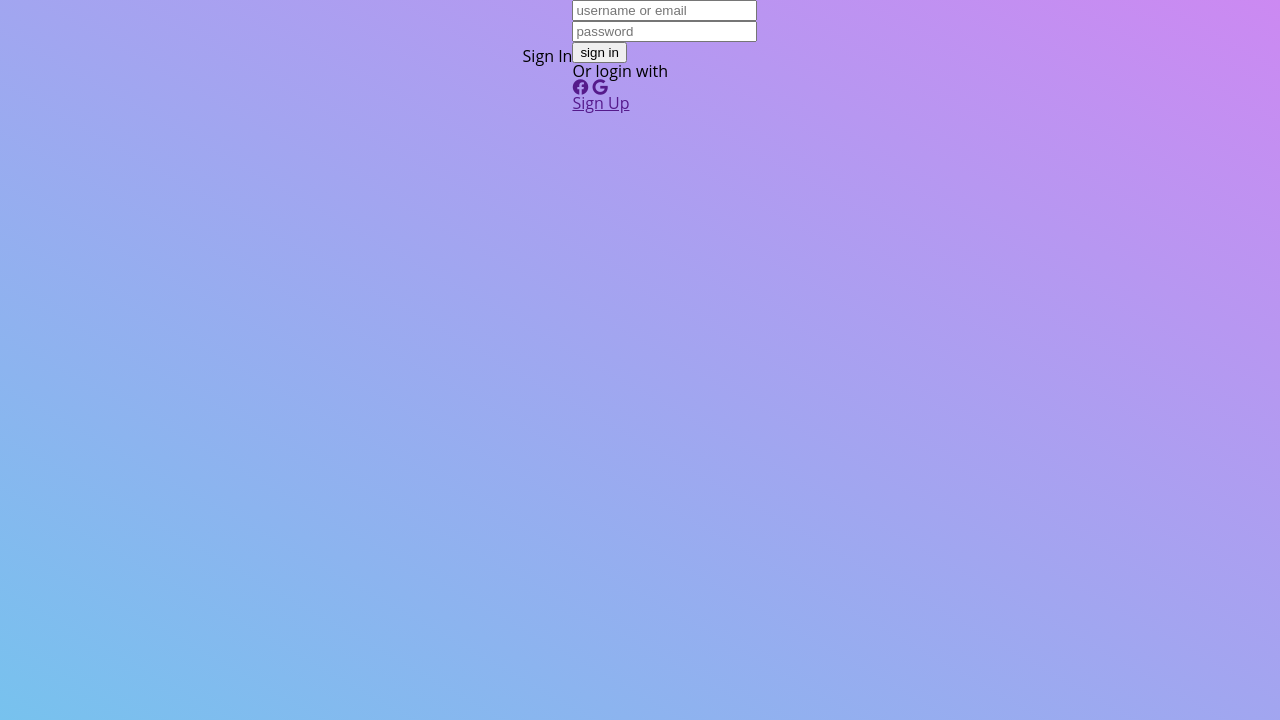
Repository: letrongtinh27/LapTrinhWeb
Page: signin/index.html
These files come from the project's save history. The page is drawn as it stood at one moment and after the next save; the edit follows.
The browser window is 1280 px wide. The pictures show the whole page.

Above is the page before, as saved 2022-10-09 20:05:34.

### signin/index.html
<!DOCTYPE html>
<html lang="en">
<head>
    <meta charset="UTF-8">
    <meta http-equiv="X-UA-Compatible" content="IE=edge">
    <meta name="viewport" content="width=device-width, initial-scale=1.0">
    <title>Sign In</title>
    <link rel="stylesheet" href="reset.css">
    <link rel="stylesheet" href="style.css">
    <link rel="stylesheet" href="https://cdnjs.cloudflare.com/ajax/libs/font-awesome/6.2.0/css/all.min.css" integrity="sha512-xh6O/CkQoPOWDdYTDqeRdPCVd1SpvCA9XXcUnZS2FmJNp1coAFzvtCN9BmamE+4aHK8yyUHUSCcJHgXloTyT2A==" crossorigin="anonymous" referrerpolicy="no-referrer" />
</head>
<body>
    <div class="sign-in">
        <h4 class="title">Sign In</h4>
        <form action="#" class="form-group">
            <div class="form-item">
                <input type="text" placeholder="username or email">
            </div>
            <div class="form-item">
                <input type="password" placeholder="password">
            </div>
            <button class="btn-signin">sign in</button>
            <p>Or login with</p>
            <div class="sing-in-icon">
                <a href="" class="facebook"><i class="fa-brands fa-facebook"></i></a>
                <a href="" class="google"><i class="fa-brands fa-google"></i></a>
            </div>
            <a href="" class="sign-up">Sign Up</a>
        </form>
    </div>
    <script src="https://code.jquery.com/jquery-3.3.1.slim.min.js" integrity="sha384-q8i/X+965DzO0rT7abK41JStQIAqVgRVzpbzo5smXKp4YfRvH+8abtTE1Pi6jizo" crossorigin="anonymous"></script>
    <script src="https://cdn.jsdelivr.net/npm/popper.js@1.14.7/dist/umd/popper.min.js" integrity="sha384-UO2eT0CpHqdSJQ6hJty5KVphtPhzWj9WO1clHTMGa3JDZwrnQq4sF86dIHNDz0W1" crossorigin="anonymous"></script>
    <script src="https://cdn.jsdelivr.net/npm/bootstrap@4.3.1/dist/js/bootstrap.min.js" integrity="sha384-JjSmVgyd0p3pXB1rRibZUAYoIIy6OrQ6VrjIEaFf/nJGzIxFDsf4x0xIM+B07jRM" crossorigin="anonymous"></script>
</body>
</html>

### signin/style.css
html {
    font-family: 'Open Sans',sans-serif;
}

body {
    width: 100%;
    height: 100vh;
    background-image: linear-gradient(to right top,  #77C2EE, #CC89f2);
}

.sign-in{
    display: flex;
    justify-content: center;
    align-items: center;

}
.title{

}
.form-group{

}
.form-item{

}
.btn-signin{

}
.sing-in-icon{

}
.facebook{

}
.fa-brands{

}
.fa-facebook{

}
.google{

}
.fa-google{

}
.sign-up{

}

Loaded but not shown: signin/reset.css (common file)

After the next save:
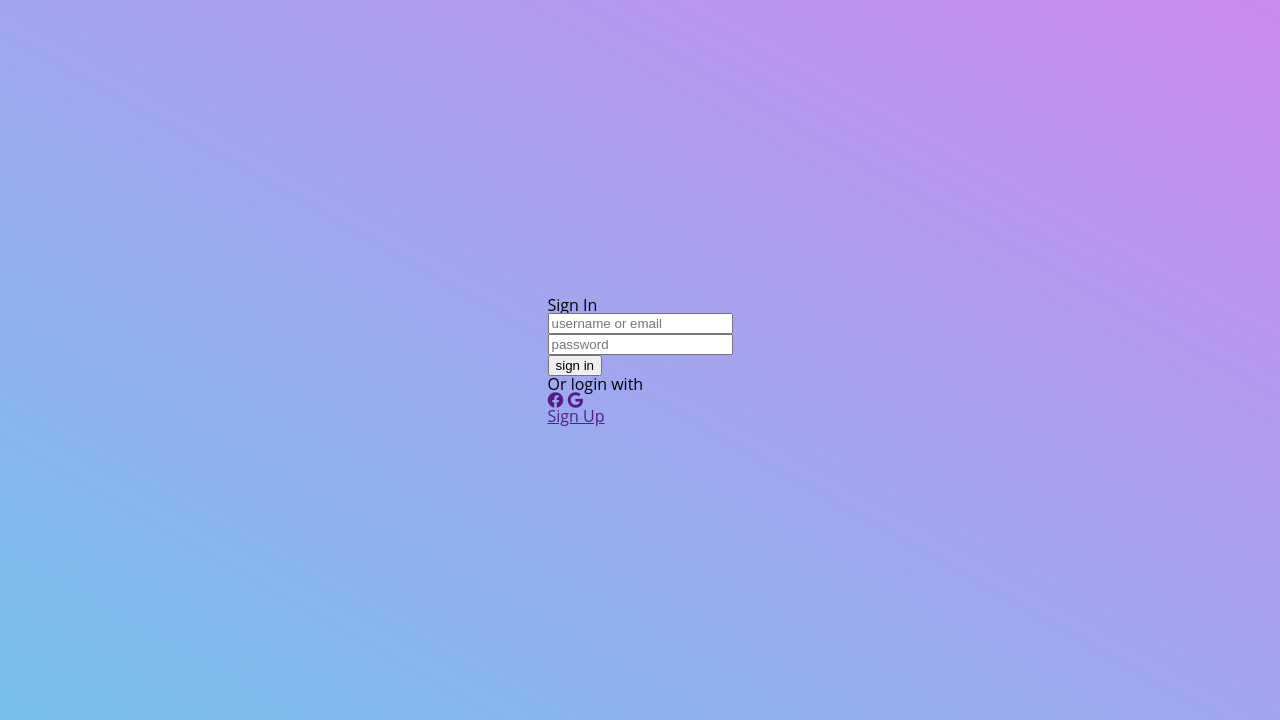
Saved 44 s later.
--- a/signin/style.css
+++ b/signin/style.css
@@ -1,17 +1,22 @@
 html {
     font-family: 'Open Sans',sans-serif;
+}
+
+* {
+    box-sizing: border-box;
 }
 
 body {
     width: 100%;
     height: 100vh;
     background-image: linear-gradient(to right top,  #77C2EE, #CC89f2);
+    display: flex;
+    justify-content: center;
+    align-items: center;
 }
 
 .sign-in{
-    display: flex;
-    justify-content: center;
-    align-items: center;
+
 
 }
 .title{
